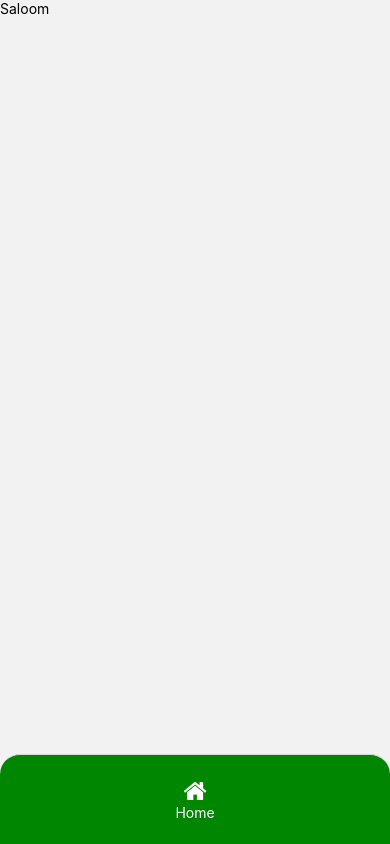
Repository: abdelrahman264/Via-Drive-Thru-Task
Screen: /Tabs
The author's editor kept a copy of each file at every save. The screen is drawn from the files as they stood at one save, then again after the next save.
The app was drawn by React Native's web renderer in a window 390 px wide. The project was rebuilt for these pictures with package versions that can differ from the ones it lists, and the page was loaded fresh each time.

Above is the screen before, as saved 2022-05-12 13:41:48.

After the next save:
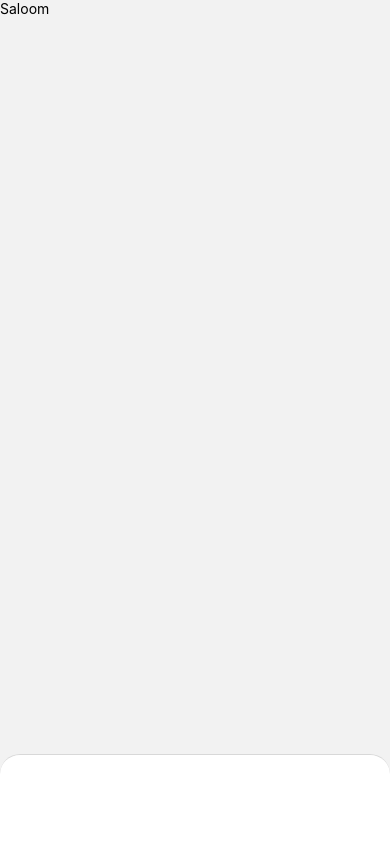
Saved 47 s later.
--- a/navigation/Tabs.js
+++ b/navigation/Tabs.js
@@ -1,11 +1,12 @@
 import { createBottomTabNavigator } from "@react-navigation/bottom-tabs";
-import { StyleSheet, Text, View } from "react-native";
+import { StyleSheet, Text, View, useColorScheme } from "react-native";
 import HomeScreen from "../screens/HomeScreen";
 import { FontAwesome } from "@expo/vector-icons";
 
 const Tab = createBottomTabNavigator();
 
 const Tabs = () => {
+  const colorScheme = useColorScheme();
   return (
     <Tab.Navigator
       screenOptions={{
@@ -17,7 +18,7 @@ const Tabs = () => {
           left: 0,
           right: 0,
           elevation: 0,
-          backgroundColor: "#008601",
+          backgroundColor: colorScheme === "dark" ? "#000" : "#fff",
           height: 90,
           ...styles.shadow,
         },
